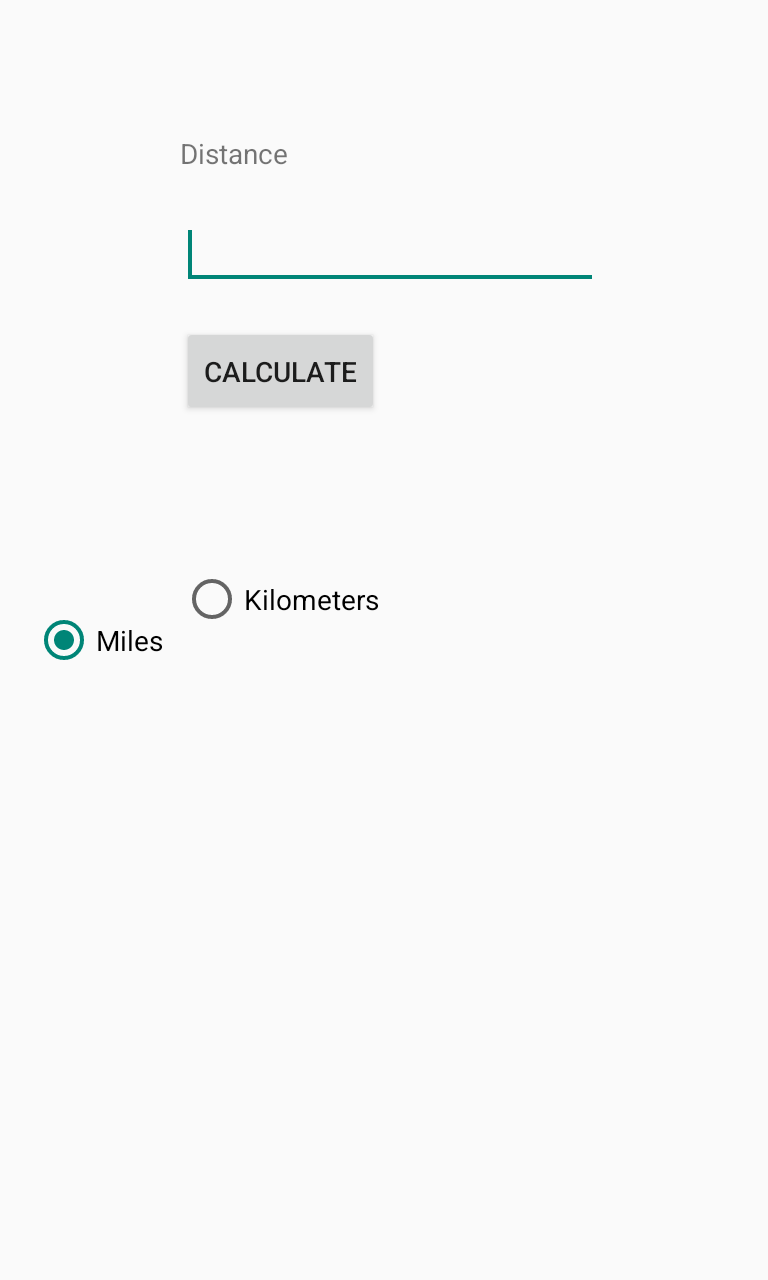
Repository: awayzo/6300Fall14Assignment4
Layout: UnitConvertor/res/layout/activity_main.xml
These files come from the project's save history. The layout is drawn as it stood at one moment and after the next save; the edit follows.
It is drawn on a 768 x 1280 px phone screen (xhdpi) without system bars, with theme AppTheme; the app's code is not run.

Above is the layout before, as saved 2014-09-25 17:31:59.

After the next save:
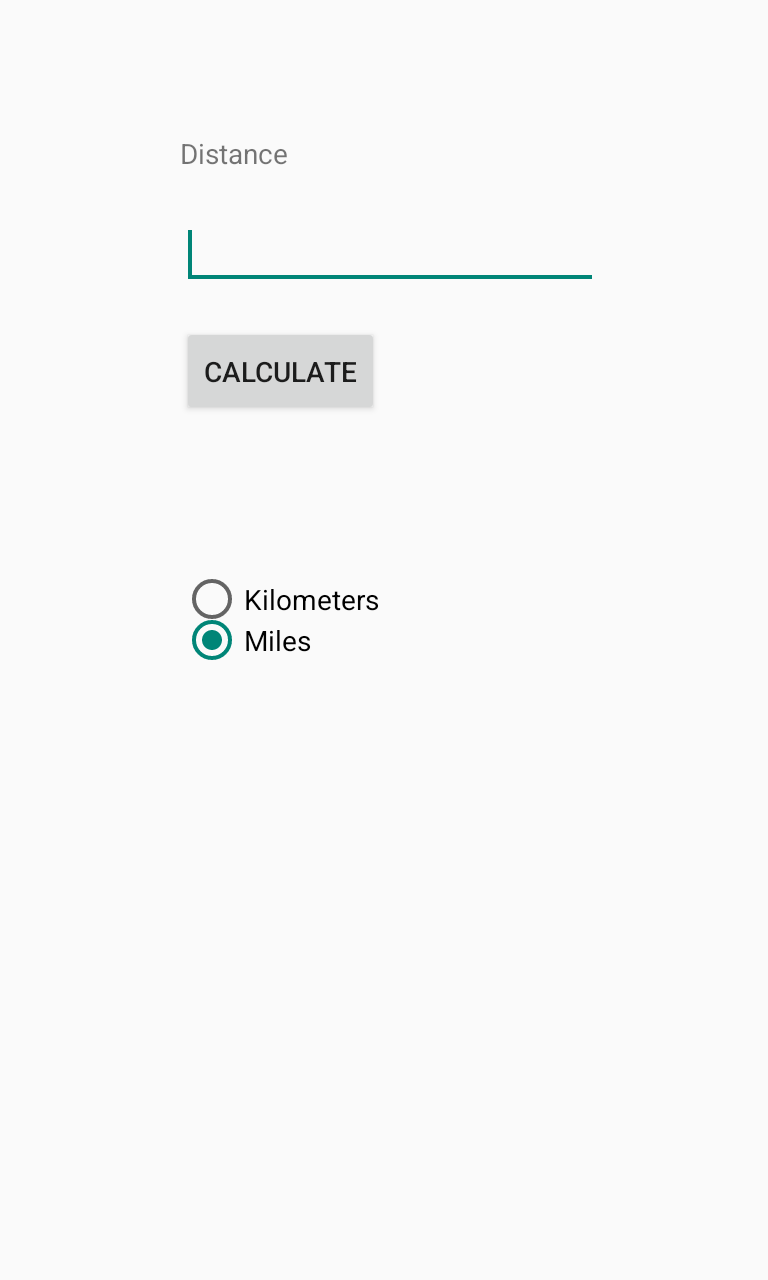
Saved 36 s later.
--- a/UnitConvertor/res/layout/activity_main.xml
+++ b/UnitConvertor/res/layout/activity_main.xml
@@ -62,7 +62,7 @@
         android:id="@+id/radioMiles_0"
         android:layout_width="wrap_content"
         android:layout_height="wrap_content"
-        android:layout_alignLeft="@+id/radio1"
+        android:layout_alignLeft="@+id/radioKm_1"
         android:layout_centerVertical="true"
         android:checked="true"
         android:onClick="handleClick"
